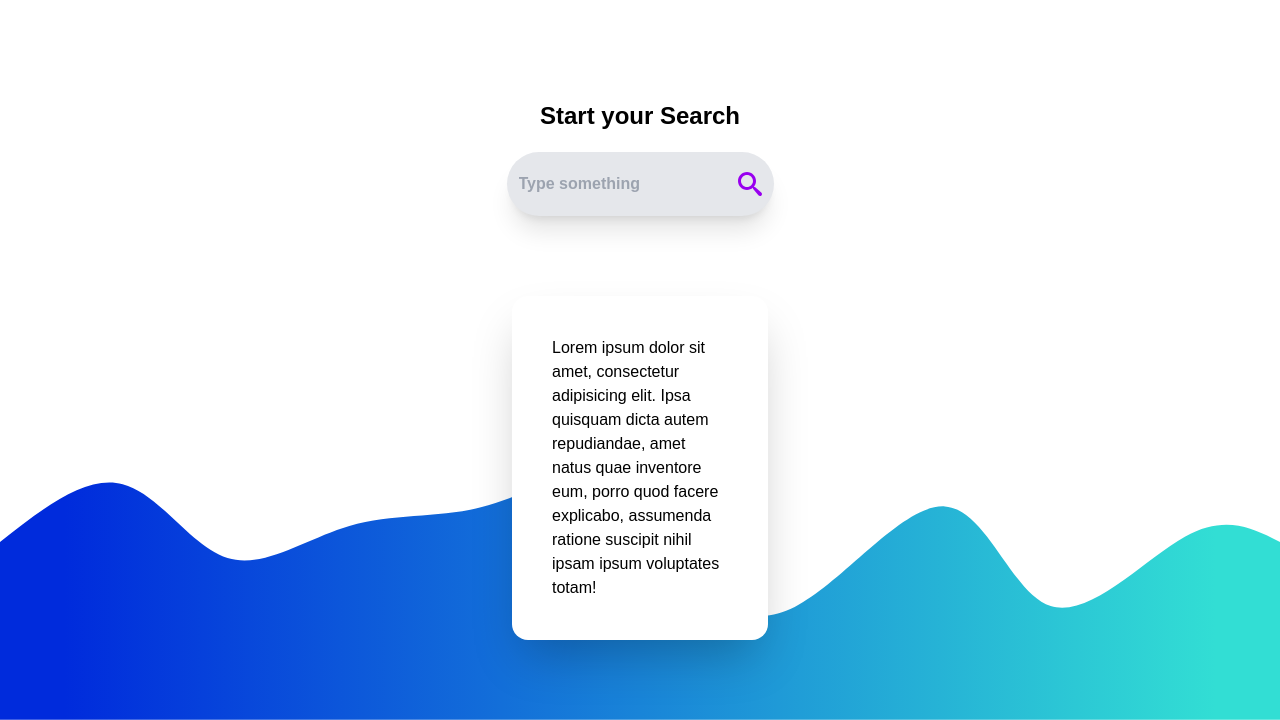
Repository: evergreenx/dictionary-octo
Page: /
These files come from the project's save history. The page is drawn as it stood at one moment and after a run of saves; the edit follows.
The browser window is 1280 px wide. The pictures show the whole page.
The project was rebuilt for these pictures with package versions that can differ from the ones it lists, and the page was loaded fresh each time. The framework's server and built-in components were replaced by stand-ins that run in the browser. Also part of the build but not shown: next.config.js.

Above is the page before, as saved 2022-04-30 15:12:57.

### pages/index.js
import Head from "next/head";
import Image from "next/image";
import bgimage from "../public/bg.svg";

import { ImSearch } from "react-icons/im";
import RandomWord from "../components/RandomWord";

export default function Home() {
  return (
    <div>
      <Head>
        <title>Create Next App</title>
        <meta name="description" content="Generated by create next app" />
        <link rel="icon" href="/favicon.ico" />
      </Head>

      <main className=" flex flex-col justify-center items-center py-20">
        <section className="input--container pb-20">
          <h1 className="text-2xl font-bold text-center py-5">
            Start your Search
          </h1>

          <div className="flex items-center bg-gray-200 shadow-xl rounded-full py-3 px-3">
            <input
              className="input--text bg-gray-200 font-bold outline-none py-2"
              type="text"
              placeholder="Type something"
            />

            <ImSearch className="text-[#9900efff] text-2xl" />
          </div>
        </section>

        <section>
          <RandomWord />
        </section>
      </main>
    </div>
  );
}

### styles/globals.css
@tailwind base;
@tailwind components;
@tailwind utilities;

@import url("https://fonts.googleapis.com/css2?family=Quicksand&display=swap");

* {
  box-sizing: border-box;
  margin: 0;
  padding: 0;
}

body {
  background-image: url("../public/bg.svg");
  background-repeat: no-repeat;
  background-size: contain;
  background-position: bottom;

  height: 100vh;
  font-family: "Quicksand", sans-serif;
}

a {
  color: inherit;
  text-decoration: none;
}

### components/RandomWord.js
import React from "react";

const RandomWord = () => {
  return (
    <div className="bg-white rounded-2xl shadow-2xl p-10 w-64">
      Lorem ipsum dolor sit amet, consectetur adipisicing elit. Ipsa quisquam
      dicta autem repudiandae, amet natus quae inventore eum, porro quod facere
      explicabo, assumenda ratione suscipit nihil ipsam ipsum voluptates totam!
    </div>
  );
};

export default RandomWord;

Loaded but not shown: pages/_app.js (common file); tailwind.config.js (common file)

After the next 2 saves:
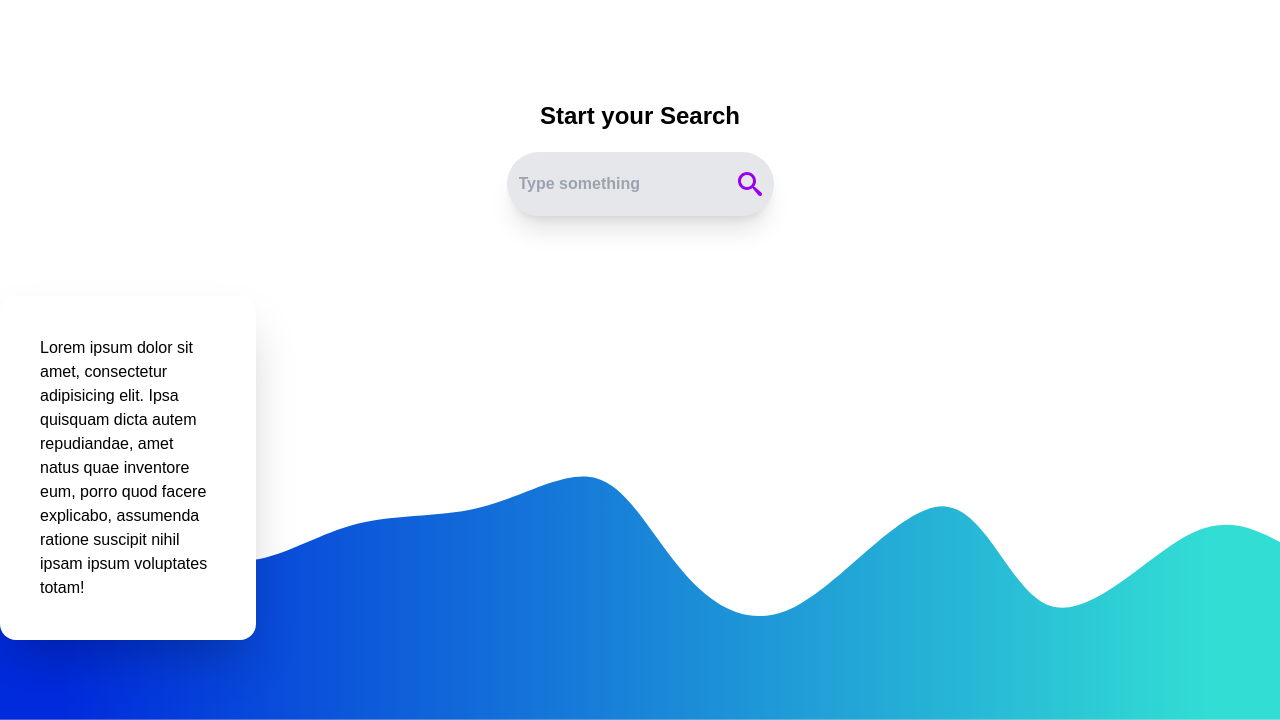
The 2 saves are shown as one change because they came seconds apart.
The last was saved 29 s later.
--- a/pages/index.js
+++ b/pages/index.js
@@ -14,8 +14,8 @@ export default function Home() {
         <link rel="icon" href="/favicon.ico" />
       </Head>
 
-      <main className=" flex flex-col justify-center items-center py-20">
-        <section className="input--container pb-20">
+      <main className=" py-20">
+        <section className="input--container pb-20 flex flex-col justify-center items-center ">
           <h1 className="text-2xl font-bold text-center py-5">
             Start your Search
           </h1>
